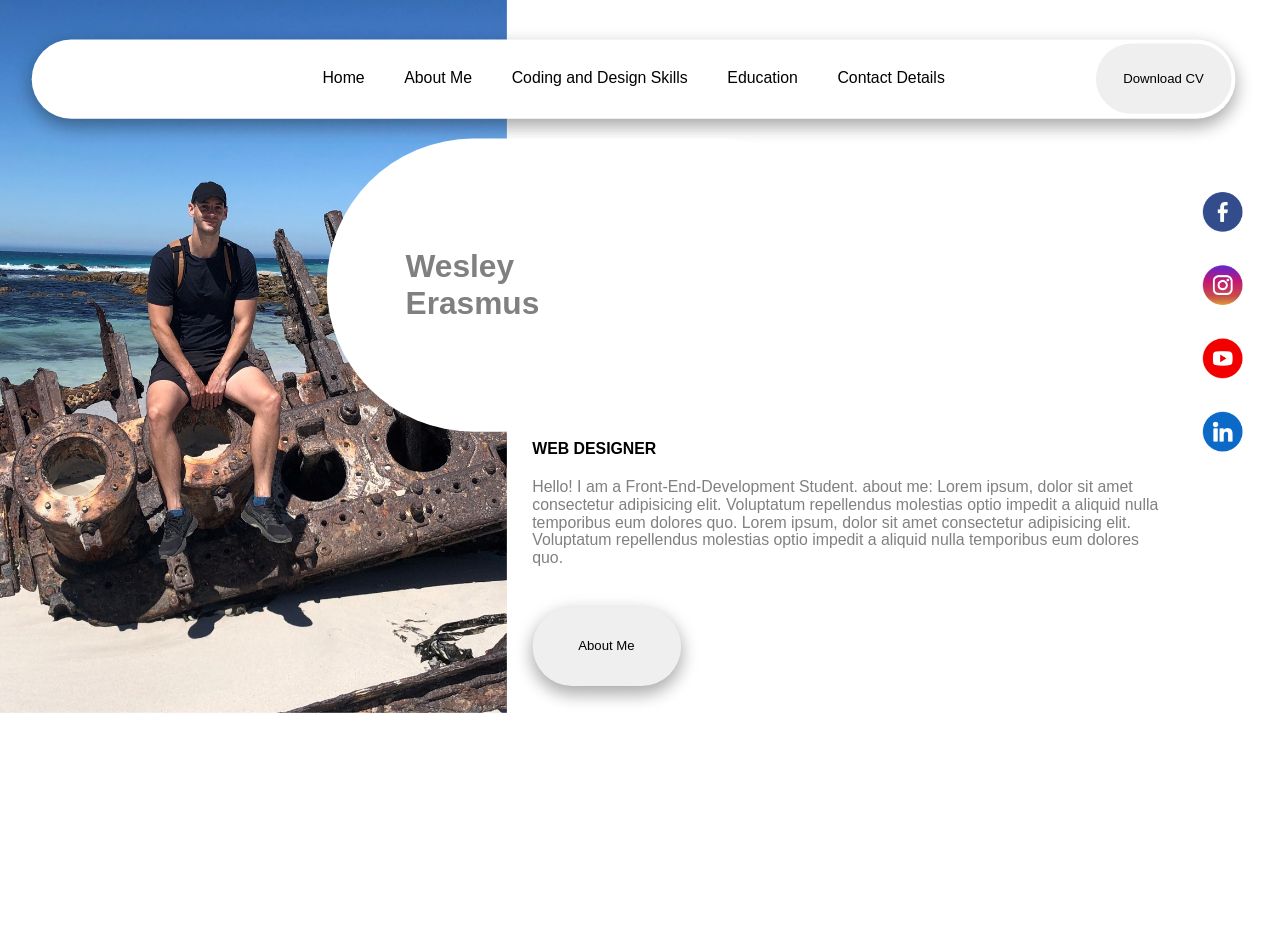
Repository: WesleyErasmus/MyDigitalResume-4
Page: index.html
These files come from the project's save history. The page is drawn as it stood at one moment and after a run of saves; the edit follows.
The browser window is 1280 px wide. The pictures show the whole page, at 99% of full size.

Above is the page before, as saved 2022-02-20 19:39:30.

### index.html
<!DOCTYPE html>
<html lang="en">

<head>
    <meta charset="UTF-8">
    <meta http-equiv="X-UA-Compatible" content="IE=edge">
    <meta name="viewport" content="width=device-width, initial-scale=1.0">
    <title>Wesley Erasmus Digital Resume 4 Project</title>
    <link rel="stylesheet" href="stylesheet.css">
</head>

<body>
    <header class="nav-menu-top">
        <ul class="top-nav-menu-buttons">
            <li><a href="/index.html" target="">Home</a></li>
            <li><a href="/about.html" target="">About Me</a></li>
            <li><a href="/codingSkills.html" target="">Coding and Design Skills</a></li>
            <li><a href="/education.html" target="">Education</a></li>
            <li><a href="/contact.html" target="">Contact Details</a></li>
        </ul>
        <button id="download-cv">Download CV</button>
    </header>

    <aside class="self-portrait"></aside>
    <nav class="social-media-links">
        <ul class="social-media-links">
            <li><a href="https://www.facebook.com/codespaceza"><img src="/icons/facebook.png" alt="Facebook"
                        width="40px" height="40px"></a></li>
            <li><a href="https://www.instagram.com/codespaceza/"><img src="icons/instagram.png" alt="Instagram"
                        width="40px" height="40px"></a></li>
            <li><a href="https://www.youtube.com/channel/UCfmXJliguiwBv2QlRzWdrxA"><img src="icons/youtube.png"
                        alt="YouTube" width="40px" height="40px"></a></li>
            <li><a href="https://www.linkedin.com/school/codespaceza/"><img src="icons/linkedin.png" alt="LinkedIn"
                        width="40px" height="40px"></a></li>
        </ul>
        <!-- Here's a link  where you can find free icons : https://www.flaticon.com/premium-icon/twitter_4494477?related_id=4494465&origin=search -->
    </nav>
    <h1 class="name">
        <span class="name">
            Wesley
            <br>
            Erasmus
        </span>
    </h1>
    <article>
        <h4 ID="title">WEB DESIGNER</h4>
        <div class="about-me">
            <p>Hello! I am a Front-End-Development Student. about me: Lorem ipsum, dolor sit amet consectetur
                adipisicing elit. Voluptatum repellendus molestias optio impedit a aliquid nulla temporibus eum dolores
                quo. Lorem ipsum, dolor sit amet consectetur adipisicing elit. Voluptatum repellendus molestias optio
                impedit a aliquid nulla temporibus eum dolores quo.</p>
        </div>
        <button class="next-page">
            <a href="/about.html" target="">About Me</a>
        </button>
    </article>


</body>

</html>

### stylesheet.css
* {
  font-family: Arial, Helvetica, sans-serif;
  margin: 0;
  padding: 0;
}
body {
  background-color: #fff;
  overflow: hidden;
}
header.nav-menu-top {
  position: relative;
  /* Positions explained in below link: https://developer.mozilla.org/en-US/docs/Web/CSS/position */
  text-align: center;
  margin: 0 auto;
  /* Margin: 0 auto can be used to center an object horizontally  */
  width: 95%;
  height: 80px;
  border-radius: 50px;
  margin-top: 40px;
  background-color: #fff;
  box-shadow: 0 8px 16px 0 rgba(0, 0, 0, 0.2), 0 6px 20px 0 rgba(0, 0, 0, 0.19);
}
ul.top-nav-menu-buttons {
  display: flex;
  justify-content: center;
  /* Positions explained in below link: https://css-tricks.com/snippets/css/a-guide-to-flexbox/ */
  padding: 30px;
}
.top-nav-menu-buttons li {
  margin: 0 20px 0 20px;
  list-style-type: none;
  text-align: center;
}
button#download-cv {
  position: relative;
  float: right;
  top: -74px;
  right: 4px;
  padding: 28px;
  border-radius: 50px;
  border: NONE;
}
aside.self-portrait {
  z-index: -1;
  /* z-index explained in below link:
     https://developer.mozilla.org/en-US/docs/Web/CSS/z-index */
  position: absolute;
  top: 0;
  left: 0;
  height: 100%;
  width: 40%;
  background-image: url(/backgroundImage/IMG_0967.jpg);
  background-repeat: no-repeat;
  background-size: cover;
  /* Full page / container background-images explained: https://css-tricks.com/perfect-full-page-background-image/ */
}
nav.social-media-links {
  position: absolute;
  height: 390px;
  width: 50px;
  float: right;
  top: 20vh;
  right: 20px;
  border-radius: 0 15px 15px 0;
}
ul.social-media-links {
  padding: 50px 5px 5px 5px;
  text-align: center;
  display: flex;
  flex-direction: column;
}
.social-media-links li {
  margin-bottom: 30px;
  list-style-type: none;
}
.social-media-links img:hover {
  transform: scale(1.3);
  /* Used to enlarge social media icons when the mouse hovers over the icon */
}
h1.name {
  color: grey;
  background-color: #fff;
  margin: 0 auto;
  width: 30vw;
  height: 30vh;
  margin: 0;
  position: absolute;
  top: 40%;
  left: 47vw;
  transform: translate(-50%, -50%);
  /* Used to centre my .name container. Explained in below link: https://css-tricks.com/centering-percentage-widthheight-elements/ */
  padding: 40px 80px 40px 80px;
  font-size: 2rem;
  border-radius: 200px;
}
span {
  position: absolute;
  top: 50%;
  transform: translate(-0%, -50%);
}
article {
  width: 50%;
  left: 41%;
  position: absolute;
  height: 500px;
  top: 60vh;
  padding: 1%;
}
h4#title {
  margin-bottom: 20px;
}
.about-me p {
  color: gray;
}
button.next-page {
  margin-top: 40px;
  width: 150px;
  height: 80px;
  border-radius: 50px;
  border: none;
  box-shadow: 0 8px 16px 0 rgba(0, 0, 0, 0.2), 0 6px 20px 0 rgba(0, 0, 0, 0.19);
}
a:link {
  color: black;
  text-decoration: none;
}
a:visited {
  color: black;
}
a:hover {
  color: gray;
}

After the next 2 saves:
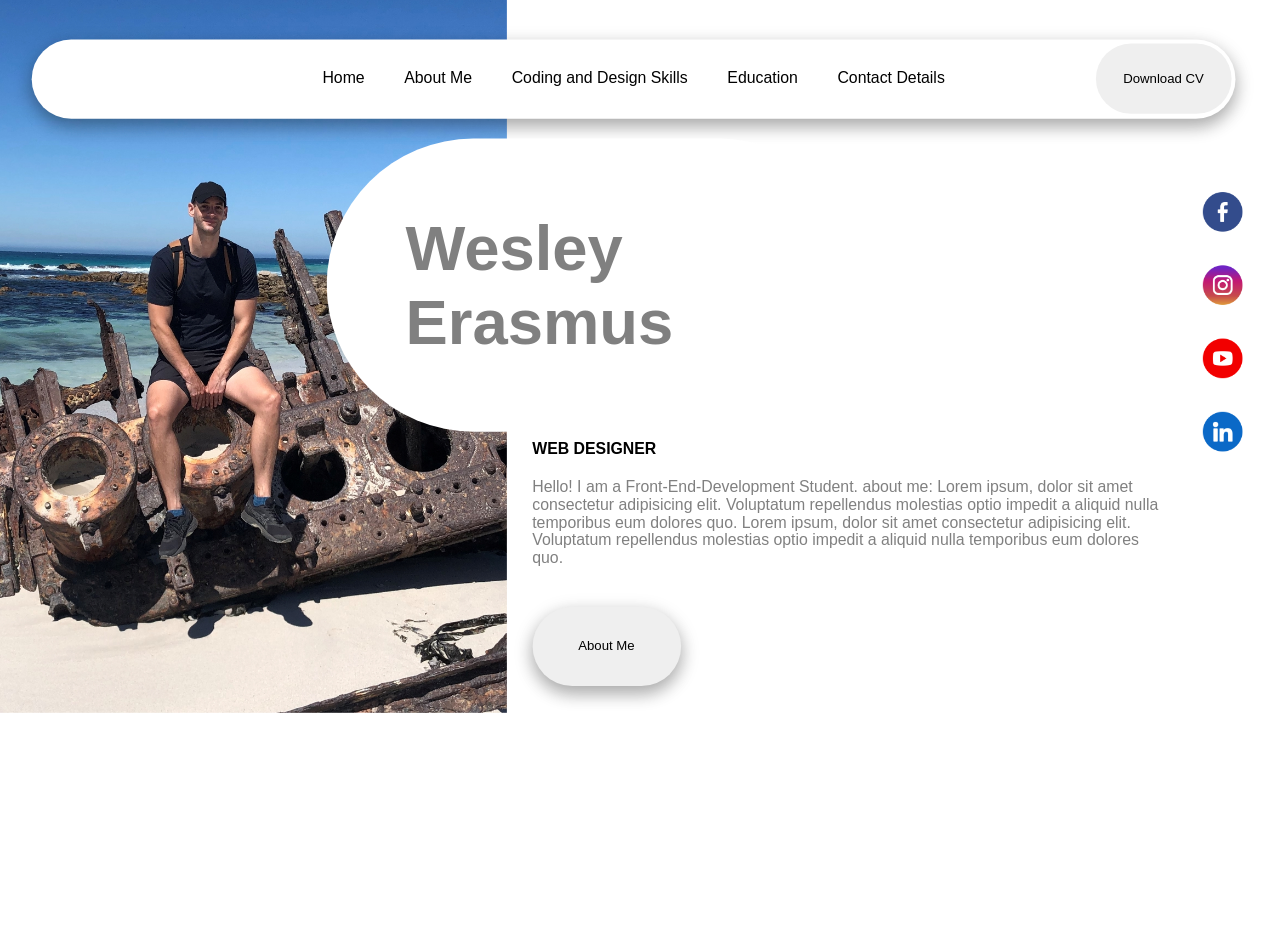
The 2 saves are shown as one change because they came seconds apart.
The last was saved 7 s later.
--- a/stylesheet.css
+++ b/stylesheet.css
@@ -90,7 +90,7 @@ h1.name {
   transform: translate(-50%, -50%);
   /* Used to centre my .name container. Explained in below link: https://css-tricks.com/centering-percentage-widthheight-elements/ */
   padding: 40px 80px 40px 80px;
-  font-size: 2rem;
+  font-size: 4rem;
   border-radius: 200px;
 }
 span {
